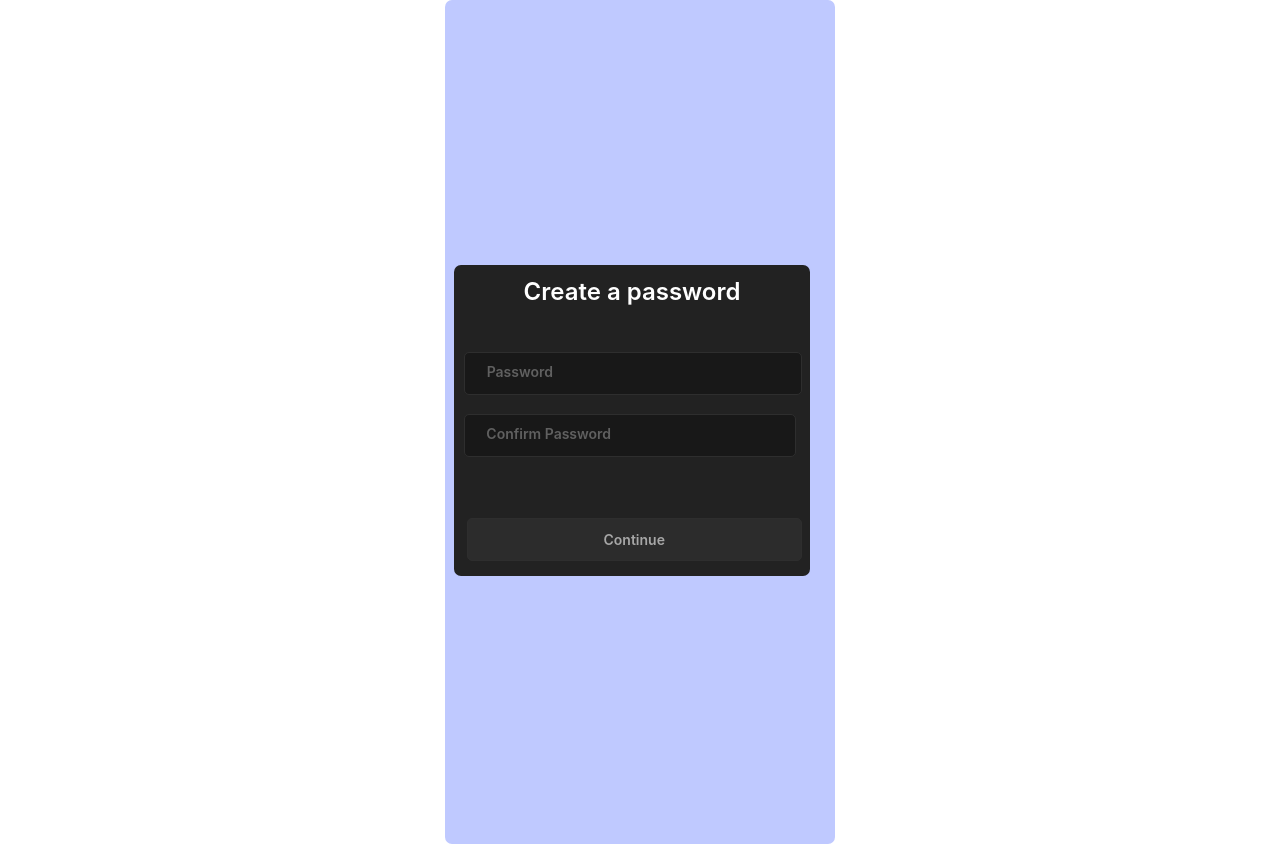
Repository: krishbains/CryptoWallet
Page: /
The author's editor kept a copy of each file at every save. The page is drawn from the files as they stood at one save, then again after a run of saves.
The browser window is 1280 px wide. The pictures show the whole page.
The project was rebuilt for these pictures with package versions that can differ from the ones it lists, and the page was loaded fresh each time. Also part of the build but not shown: src/components/basepage/basepage.jsx, src/components/startingpage/startingpage.jsx.

Above is the page before, as saved 2024-03-28 15:58:12.

### src/App.js
import './App.css';
import BasePage from './components/basepage/basepage';
import StartingPage from './components/startingpage/startingpage';
import CreateWallet from './components/createwallet/createwallet';

function App() {
  return (
    <div className="App">
      {/* <BasePage/> */}
      {/* <StartingPage/> */}
      <CreateWallet />
    </div>
  );
}

export default App;

### src/components/createwallet/createwallet.jsx
import React from 'react';
import './create_wallet.css';

export default function CreateWallet() {
  return (
    <div className='main-container'>
      <div className='main-frame-background'>
        <div className='main-frame'>
          <span className='create-password'>Create a password</span>
          <div className='password-input'>
            <span className='password-input-1'>Password</span>
          </div>
          <div className='confirm-password-input'>
            <span className='confirm-password'>Confirm Password</span>
          </div>
          <div className='continue-button'>
            <span className='continue'>Continue</span>
          </div>
        </div>
      </div>
    </div>
  );
}

### src/components/basepage/base_page.css
:root {
  --default-font-family: -apple-system, BlinkMacSystemFont, "Segoe UI", Roboto,
    Ubuntu, "Helvetica Neue", Helvetica, Arial, "PingFang SC",
    "Hiragino Sans GB", "Microsoft Yahei UI", "Microsoft Yahei",
    "Source Han Sans CN", sans-serif;
}

.main-container {
  overflow: hidden;
}

.main-container,
.main-container * {
  box-sizing: border-box;
}

input,
select,
textarea,
button {
  outline: 0;
}

.main-container {
  position: relative;
  width: 390px;
  height: 844px;
  margin: 0 auto;

}
.main-frame-background {
  position: relative;
  width: 390px;
  height: 844px;
  margin: 0 0 0 0;
  background: #262626;
  z-index: 1;
  overflow: visible auto;
  border-radius: 7px;
}
.account-bar {
  position: relative;
  width: 375px;
  height: 58px;
  margin: 0 0 0 0;
  background: #222222;
  z-index: 3;
  border-radius: 7px 7px 0 0;
}
.account {
  display: flex;
  align-items: flex-start;
  justify-content: flex-start;
  position: absolute;
  height: 47.455px;
  top: 5.273px;
  left: 128.397px;
  color: #ffffff;
  font-family: Kantumruy, var(--default-font-family);
  font-size: 20px;
  font-weight: 400;
  line-height: 36.133px;
  text-align: left;
  white-space: nowrap;
  z-index: 4;
}
.vector {
  position: absolute;
  width: 7.07%;
  height: 40.91%;
  top: 29.55%;
  left: 4.62%;
  background: url(../assets/images/45246d70-5334-4404-8daa-30d76e51f1e5.png)
    no-repeat center;
  background-size: 100% 100%;
  z-index: 6;
}
.rectangle {
  position: relative;
  width: 333.22px;
  height: 131.818px;
  margin: 26.364px 0 0 20.38px;
  background: #74dd98;
  border: 2px solid #2e2e2e;
  z-index: 60;
  border-radius: 16px;
  box-shadow: 0 4px 4px 0 rgba(0, 0, 0, 0.25);
}
.flex-column-be {
  position: absolute;
  width: 40.67%;
  height: 76%;
  top: 10.48%;
  left: 5.52%;
  font-size: 0px;
  z-index: 65;
}
.current-balance {
  display: block;
  position: relative;
  height: 31.636px;
  margin: 0 0 0 0;
  color: #272727;
  font-family: Poppins, var(--default-font-family);
  font-size: 16px;
  font-weight: 600;
  line-height: 24px;
  text-align: left;
  white-space: nowrap;
  z-index: 65;
}
.currency {
  display: block;
  position: relative;
  height: 47.455px;
  margin: 21.091px 0 0 0;
  color: #1d1d1d;
  font-family: Poppins, var(--default-font-family);
  font-size: 24px;
  font-weight: 700;
  line-height: 36px;
  text-align: left;
  white-space: nowrap;
  z-index: 64;
}
.percentage {
  display: flex;
  align-items: center;
  justify-content: flex-start;
  position: absolute;
  height: 23.727px;
  top: 77.091px;
  right: 92.769px;
  color: #2e2e2e;
  font-family: Inter, var(--default-font-family);
  font-size: 14.819188117980957px;
  font-weight: 700;
  line-height: 17.935px;
  text-align: left;
  white-space: nowrap;
  z-index: 62;
}
.arrow-up {
  position: absolute;
  width: 3.68%;
  height: 12.04%;
  top: 60.34%;
  left: 52%;
  background: url(../assets/images/10aa10bc-5b7c-4b32-8284-2e646e5b7f8e.png)
    no-repeat center;
  background-size: 100% 100%;
  z-index: 63;
  overflow: hidden;
  border-radius: 16px;
}
.flex-row-afb {
  display: flex;
  align-items: center;
  justify-content: space-between;
  position: relative;
  width: 324.736px;
  height: 50.091px;
  margin: 39.545px 0 0 22.418px;
  z-index: 57;
}
.transfer-button {
  flex-shrink: 0;
  position: relative;
  width: 102.589px;
  height: 50.091px;
  background: #74dd98;
  border: 2px solid #393939;
  z-index: 57;
  border-radius: 20px;
  box-sizing: content-box;
}
.transfer {
  display: flex;
  align-items: flex-start;
  justify-content: flex-start;
  position: absolute;
  height: 25.045px;
  top: 11.864px;
  left: 21.702px;
  color: #222222;
  font-family: Inter, var(--default-font-family);
  font-size: 14px;
  font-weight: 600;
  line-height: 16.943px;
  text-align: left;
  white-space: nowrap;
  z-index: 58;
}
.deposit-button {
  flex-shrink: 0;
  position: relative;
  width: 102.589px;
  height: 50.091px;
  background: #74dd98;
  border: 2px solid #393939;
  z-index: 54;
  border-radius: 20px;
  box-sizing: content-box;
  box-shadow: 0 4px 4px 0 rgba(0, 0, 0, 0.25) inset;
}
.deposit {
  display: flex;
  align-items: flex-start;
  justify-content: flex-start;
  position: absolute;
  height: 25.045px;
  top: 11.864px;
  left: 23.674px;
  color: #28272a;
  font-family: Inter, var(--default-font-family);
  font-size: 14px;
  font-weight: 600;
  line-height: 16.943px;
  text-align: left;
  white-space: nowrap;
  z-index: 55;
  text-shadow: 0 4px 4px rgba(0, 0, 0, 0.25);
}
.receive-button {
  flex-shrink: 0;
  position: relative;
  width: 102.589px;
  height: 50.091px;
  background: #74dd98;
  border: 2px solid #393939;
  z-index: 51;
  border-radius: 20px;
  box-sizing: content-box;
}
.withdraw {
  display: flex;
  align-items: flex-start;
  justify-content: flex-start;
  position: absolute;
  height: 25.045px;
  top: 11.864px;
  left: 16.77px;
  color: #28272a;
  font-family: Inter, var(--default-font-family);
  font-size: 14px;
  font-weight: 600;
  line-height: 16.943px;
  text-align: left;
  white-space: nowrap;
  z-index: 52;
}
.holdings-background {
  position: relative;
  width: 353.601px;
  height: 395.455px;
  margin: 39.545px 0 0 10.19px;
  background: url(../assets/images/080edce0-6464-4538-901a-cff2fcb1b786.png)
    no-repeat center;
  background-size: cover;
  z-index: 46;
  overflow: visible auto;
}
.flex-row {
  display: flex;
  align-items: center;
  justify-content: space-between;
  position: relative;
  width: 327.106px;
  height: 26.364px;
  margin: 14.5px 0 0 9.171px;
  z-index: 48;
}
.holdings {
  flex-shrink: 0;
  position: relative;
  height: 26.364px;
  color: #ffffff;
  font-family: Poppins, var(--default-font-family);
  font-size: 15px;
  font-weight: 700;
  line-height: 20px;
  text-align: left;
  white-space: nowrap;
  z-index: 48;
}
.see-all {
  flex-shrink: 0;
  position: relative;
  height: 21.091px;
  color: #ffffff;
  font-family: Poppins, var(--default-font-family);
  font-size: 14px;
  font-weight: 500;
  line-height: 16px;
  text-align: left;
  text-decoration: underline;
  white-space: nowrap;
  z-index: 47;
}
.flex-row-fa {
  position: relative;
  width: 338.315px;
  height: 59.318px;
  margin: 11.864px 0 0 12.228px;
  z-index: 45;
}
.eth-icon {
  position: absolute;
  width: 14.46%;
  height: 100%;
  top: 0;
  left: 0;
  background: url(../assets/images/b7ec6f21-89a5-45ad-a6ac-5ef64cc5c58f.png)
    no-repeat center;
  background-size: 100% 100%;
  z-index: 44;
}
.pound-amount {
  display: flex;
  align-items: center;
  justify-content: flex-start;
  position: absolute;
  height: 31.636px;
  top: 1.318px;
  right: 0;
  color: #ffffff;
  font-family: Poppins, var(--default-font-family);
  font-size: 16px;
  font-weight: 700;
  line-height: 24px;
  text-align: left;
  white-space: nowrap;
  z-index: 41;
}
.ethereum {
  display: flex;
  align-items: flex-start;
  justify-content: flex-start;
  position: absolute;
  height: 53.33%;
  top: 6.67%;
  left: 18.31%;
  color: #ffffff;
  font-family: Poppins, var(--default-font-family);
  font-size: 16px;
  font-weight: 700;
  line-height: 24px;
  text-align: left;
  white-space: nowrap;
  z-index: 43;
}
.graph-eth {
  position: absolute;
  width: 68.054px;
  height: 34.744px;
  top: 10.34px;
  left: 167.178px;
  background: url(../assets/images/f28026c0-2074-47fa-8fcf-f2ae30d66aa1.png)
    no-repeat center;
  background-size: cover;
  z-index: 45;
}
.eth {
  display: flex;
  align-items: flex-start;
  justify-content: flex-start;
  position: absolute;
  height: 46.67%;
  top: 53.33%;
  left: 18.31%;
  color: #6c757d;
  font-family: Poppins, var(--default-font-family);
  font-size: 14px;
  font-weight: 400;
  line-height: 21px;
  text-align: left;
  white-space: nowrap;
  z-index: 42;
}
.eth-amount {
  display: flex;
  align-items: center;
  justify-content: flex-start;
  position: absolute;
  height: 19.773px;
  top: 35.591px;
  right: 5.095px;
  color: #6c757d;
  font-family: Poppins, var(--default-font-family);
  font-size: 10px;
  font-weight: 700;
  line-height: 15px;
  text-align: left;
  white-space: nowrap;
  z-index: 40;
}
.flex-row-eed {
  position: relative;
  width: 334.239px;
  height: 59.318px;
  margin: 31.636px 0 0 13.247px;
  z-index: 35;
}
.rectangle-1 {
  position: absolute;
  width: 48.913px;
  height: 59.318px;
  top: 0;
  left: 0;
  background: #212125;
  z-index: 34;
  border-radius: 6px;
}
.bitcoin-logo {
  position: relative;
  width: 22.418px;
  height: 29px;
  margin: 15.818px 0 0 13.247px;
  z-index: 36;
  overflow: hidden;
}
.group {
  position: relative;
  width: 16.199px;
  height: 29px;
  margin: 0 0 0 3.109px;
  z-index: 37;
}
.vector-2 {
  position: absolute;
  width: 100%;
  height: 100%;
  top: 0;
  left: 0;
  background: url(../assets/images/91116894-a53a-42bc-a648-6d4736a95ef9.png)
    no-repeat center;
  background-size: 100% 100%;
  z-index: 38;
}
.pound-amount-3 {
  display: flex;
  align-items: center;
  justify-content: flex-start;
  position: absolute;
  height: 31.636px;
  top: 1.318px;
  right: 0;
  color: #ffffff;
  font-family: Poppins, var(--default-font-family);
  font-size: 16px;
  font-weight: 700;
  line-height: 24px;
  text-align: left;
  white-space: nowrap;
  z-index: 29;
}
.bitcoin {
  display: flex;
  align-items: flex-start;
  justify-content: flex-start;
  position: absolute;
  height: 53.33%;
  top: 6.67%;
  left: 18.85%;
  color: #ffffff;
  font-family: Poppins, var(--default-font-family);
  font-size: 16px;
  font-weight: 700;
  line-height: 24px;
  text-align: left;
  white-space: nowrap;
  z-index: 32;
}
.graph-btc {
  position: absolute;
  width: 69.773px;
  height: 25.811px;
  top: 16.871px;
  left: 166.11px;
  background: url(../assets/images/b357d26c-909c-44e7-9281-c4edeaf9df15.png)
    no-repeat center;
  background-size: cover;
  z-index: 35;
}
.btc {
  display: flex;
  align-items: flex-start;
  justify-content: flex-start;
  position: absolute;
  height: 46.67%;
  top: 53.33%;
  left: 18.85%;
  color: #6c757d;
  font-family: Poppins, var(--default-font-family);
  font-size: 14px;
  font-weight: 400;
  line-height: 21px;
  text-align: left;
  white-space: nowrap;
  z-index: 31;
}
.btc-amount {
  display: flex;
  align-items: center;
  justify-content: flex-start;
  position: absolute;
  height: 19.773px;
  top: 35.591px;
  right: 1.235px;
  color: #6c757d;
  font-family: Poppins, var(--default-font-family);
  font-size: 10px;
  font-weight: 700;
  line-height: 15px;
  text-align: left;
  white-space: nowrap;
  z-index: 30;
}
.flex-row-d {
  position: relative;
  width: 333.22px;
  height: 59.318px;
  margin: 31.636px 0 0 14.266px;
  z-index: 26;
}
.rectangle-4 {
  position: absolute;
  width: 48.913px;
  height: 59.318px;
  top: 0;
  left: 0;
  background: #212125;
  z-index: 26;
  border-radius: 6px;
}
.vector-5 {
  position: relative;
  width: 20.38px;
  height: 26.364px;
  margin: 15.818px 0 0 14.266px;
  background: url(../assets/images/54097542-4e6a-4b7e-aa89-15c2462a3a01.png)
    no-repeat center;
  background-size: 100% 100%;
  z-index: 27;
}
.pound {
  display: flex;
  align-items: center;
  justify-content: flex-start;
  position: absolute;
  height: 31.636px;
  top: 1.318px;
  right: 0;
  color: #ffffff;
  font-family: Poppins, var(--default-font-family);
  font-size: 16px;
  font-weight: 700;
  line-height: 24px;
  text-align: left;
  white-space: nowrap;
  z-index: 21;
}
.bitcoin-litecoin {
  display: flex;
  align-items: flex-start;
  justify-content: flex-start;
  position: absolute;
  height: 53.33%;
  top: 6.67%;
  left: 18.9%;
  color: #ffffff;
  font-family: Poppins, var(--default-font-family);
  font-size: 16px;
  font-weight: 700;
  line-height: 24px;
  text-align: left;
  white-space: nowrap;
  z-index: 24;
}
.graph-eth-6 {
  position: absolute;
  width: 68.054px;
  height: 34.744px;
  top: 12.411px;
  left: 166.619px;
  background: url(../assets/images/5a5ba27f-919b-4bf2-a698-b63f6a62aeda.png)
    no-repeat center;
  background-size: cover;
  z-index: 20;
}
.ltc {
  display: flex;
  align-items: flex-start;
  justify-content: flex-start;
  position: absolute;
  height: 46.67%;
  top: 53.33%;
  left: 18.9%;
  color: #6c757d;
  font-family: Poppins, var(--default-font-family);
  font-size: 14px;
  font-weight: 400;
  line-height: 21px;
  text-align: left;
  white-space: nowrap;
  z-index: 23;
}
.ltc-amount {
  display: flex;
  align-items: center;
  justify-content: flex-start;
  position: absolute;
  height: 19.773px;
  top: 35.591px;
  right: 0px;
  color: #6c757d;
  font-family: Poppins, var(--default-font-family);
  font-size: 10px;
  font-weight: 700;
  line-height: 15px;
  text-align: left;
  white-space: nowrap;
  z-index: 22;
}
.flex-row-cdef {
  position: relative;
  width: 333.22px;
  height: 59.318px;
  margin: 31.636px 0 0 9.171px;
  z-index: 16;
}
.rectangle-7 {
  position: absolute;
  width: 48.913px;
  height: 59.318px;
  top: 0;
  left: 0;
  background: #212125;
  z-index: 16;
  border-radius: 6px;
}
.xrp-alt {
  position: relative;
  width: 22.418px;
  height: 29px;
  margin: 15.818px 0 0 13.247px;
  z-index: 17;
  overflow: hidden;
}
.xrp {
  position: relative;
  width: 21.219px;
  height: 28.881px;
  margin: 0.12px 0 0 0.59px;
  background: url(../assets/images/051f1be4-0ac0-4825-8185-528ab2f2c210.png)
    no-repeat center;
  background-size: 100% 100%;
  z-index: 18;
}
.pound-8 {
  display: flex;
  align-items: center;
  justify-content: flex-start;
  position: absolute;
  height: 31.636px;
  top: 1.318px;
  right: 0px;
  color: #ffffff;
  font-family: Poppins, var(--default-font-family);
  font-size: 16px;
  font-weight: 700;
  line-height: 24px;
  text-align: left;
  white-space: nowrap;
  z-index: 11;
}
.ripple {
  display: flex;
  align-items: flex-start;
  justify-content: flex-start;
  position: absolute;
  height: 53.33%;
  top: 6.67%;
  left: 18.9%;
  color: #ffffff;
  font-family: Poppins, var(--default-font-family);
  font-size: 16px;
  font-weight: 700;
  line-height: 24px;
  text-align: left;
  white-space: nowrap;
  z-index: 14;
}
.graph-eth-9 {
  position: absolute;
  width: 68.054px;
  height: 34.744px;
  top: 12.411px;
  left: 166.619px;
  background: url(../assets/images/47c54188-5354-4b07-969a-d62b24e173eb.png)
    no-repeat center;
  background-size: cover;
  z-index: 10;
}
.btc-a {
  display: flex;
  align-items: flex-start;
  justify-content: flex-start;
  position: absolute;
  height: 46.67%;
  top: 53.33%;
  left: 18.9%;
  color: #6c757d;
  font-family: Poppins, var(--default-font-family);
  font-size: 14px;
  font-weight: 400;
  line-height: 21px;
  text-align: left;
  white-space: nowrap;
  z-index: 13;
}
.ltc-b {
  display: flex;
  align-items: center;
  justify-content: flex-start;
  position: absolute;
  height: 19.773px;
  top: 35.591px;
  right: 0;
  color: #6c757d;
  font-family: Poppins, var(--default-font-family);
  font-size: 10px;
  font-weight: 700;
  line-height: 15px;
  text-align: left;
  white-space: nowrap;
  z-index: 12;
}

### src/components/startingpage/starting_page.css
:root {
    --default-font-family: -apple-system, BlinkMacSystemFont, "Segoe UI", Roboto,
      Ubuntu, "Helvetica Neue", Helvetica, Arial, "PingFang SC",
      "Hiragino Sans GB", "Microsoft Yahei UI", "Microsoft Yahei",
      "Source Han Sans CN", sans-serif;
  }

  .main-container {
    overflow: hidden;
  }

  .main-container,
  .main-container * {
    box-sizing: border-box;
  }

  input,
  select,
  textarea,
  button {
    outline: 0;
  }

  .main-container {
    position: relative;
    width: 390px;
    height: 844px;
    margin: 0 auto;

  }
  .main-frame-background1 {
    position: absolute;
    width: 390px;
    height: 844px;
    top: 0;
    left: 0;
    background: #bfc9ff;
    z-index: 1;
    border-radius: 7px;
  }
  .main-frame {
    position: relative;
    width: 333px;
    height: 385px;
    margin: 226px 0 0 28px;
    font-size: 0px;
    background: #222222;
    z-index: 2;
    overflow: visible auto;
    border-radius: 7px;
  }
  .welcome-to {
    display: flex;
    align-items: flex-start;
    justify-content: center;
    position: relative;
    width: 103.837px;
    height: 22.803px;
    margin: 17.308px 0 0 24.374px;
    color: #999999;
    font-family: Actor, var(--default-font-family);
    font-size: 20px;
    font-weight: 400;
    line-height: 22.803px;
    text-align: center;
    white-space: nowrap;
    z-index: 11;
  }
  .crypto-wallet {
    display: block;
    position: relative;
    height: 61.757px;
    margin: 18.052px 0 0 46.553px;
    color: #ffffff;
    font-family: Kantumruy, var(--default-font-family);
    font-size: 34px;
    font-weight: 700;
    line-height: 61.426px;
    text-align: left;
    white-space: nowrap;
    z-index: 9;
  }
  .new-wallet {
    display: flex;
    align-items: flex-start;
    justify-content: center;
    position: relative;
    width: 298.406px;
    height: 43.705px;
    margin: 21.853px 0 0 21.35px;
    color: #999999;
    font-family: Actor, var(--default-font-family);
    font-size: 17px;
    font-weight: 400;
    line-height: 20.451px;
    text-align: center;
    z-index: 10;
  }
  .new-wallet-box {
    position: relative;
    width: 281px;
    height: 39px;
    margin: 79.522px 0 0 26px;
    background: #74dd98;
    z-index: 4;
    border-radius: 5px;
  }
  .create-wallet {
    display: flex;
    align-items: flex-start;
    justify-content: flex-start;
    position: absolute;
    height: 18.052px;
    top: 10.739px;
    left: 76px;
    color: #222222;
    font-family: Inter, var(--default-font-family);
    font-size: 14px;
    font-weight: 600;
    line-height: 16.943px;
    text-align: left;
    white-space: nowrap;
    z-index: 5;
  }
  .existing-wallet-box {
    position: relative;
    width: 281px;
    height: 39px;
    margin: 8px 0 0 26px;
    background: #333333;
    z-index: 7;
    border-radius: 5px;
  }
  .have-wallet {
    display: flex;
    align-items: flex-start;
    justify-content: flex-start;
    position: absolute;
    height: 18.052px;
    top: 10.295px;
    left: 65.919px;
    color: #ffffff;
    font-family: Inter, var(--default-font-family);
    font-size: 14px;
    font-weight: 600;
    line-height: 16.943px;
    text-align: left;
    white-space: nowrap;
    z-index: 8;
  }

### src/components/createwallet/create_wallet.css
:root {
    --default-font-family: -apple-system, BlinkMacSystemFont, "Segoe UI", Roboto,
      Ubuntu, "Helvetica Neue", Helvetica, Arial, "PingFang SC",
      "Hiragino Sans GB", "Microsoft Yahei UI", "Microsoft Yahei",
      "Source Han Sans CN", sans-serif;
  }

  .main-container {
    overflow: hidden;
  }

  .main-container,
  .main-container * {
    box-sizing: border-box;
  }

  input,
  select,
  textarea,
  button {
    outline: 0;
  }

  .main-container {
    position: relative;
    width: 390px;
    height: 844px;
    margin: 0 auto;
  }
  .main-frame-background {
    position: absolute;
    width: 390px;
    height: 844px;
    top: 0;
    left: 0;
    background: #bfc9ff;
    z-index: 1;
    border-radius: 7px;
  }
  .main-frame {
    position: relative;
    width: 356px;
    height: 311px;
    margin: 265px 0 0 9px;
    font-size: 0px;
    background: #222222;
    z-index: 3;
    overflow: visible auto;
    border-radius: 7px;
  }
  .create-password {
    display: flex;
    align-items: flex-start;
    justify-content: center;
    position: relative;
    width: 221.545px;
    height: 29px;
    margin: 12px 0 0 67.236px;
    color: #ffffff;
    font-family: Inter, var(--default-font-family);
    font-size: 24px;
    font-weight: 600;
    line-height: 29px;
    text-align: center;
    white-space: nowrap;
    z-index: 4;
  }
  .password-input {
    position: relative;
    width: 335.366px;
    height: 41px;
    margin: 46px 0 0 10.325px;
    background: #181818;
    border: 1px solid #2e2e2e;
    z-index: 9;
    border-radius: 5px;
    box-sizing: content-box;
  }
  .password-input-1 {
    display: flex;
    align-items: flex-start;
    justify-content: flex-start;
    position: absolute;
    height: 19px;
    top: 11px;
    left: 21.341px;
    color: #606060;
    font-family: Inter, var(--default-font-family);
    font-size: 14px;
    font-weight: 600;
    line-height: 16.943px;
    text-align: left;
    white-space: nowrap;
    z-index: 10;
  }
  .confirm-password-input {
    position: relative;
    width: 330px;
    height: 41px;
    margin: 19px 0 0 10.325px;
    background: #181818;
    border: 1px solid #2e2e2e;
    z-index: 13;
    border-radius: 5px;
    box-sizing: content-box;
  }
  .confirm-password {
    display: flex;
    align-items: flex-start;
    justify-content: flex-start;
    position: absolute;
    height: 19px;
    top: 11px;
    left: 21px;
    color: #606060;
    font-family: Inter, var(--default-font-family);
    font-size: 14px;
    font-weight: 600;
    line-height: 16.943px;
    text-align: left;
    white-space: nowrap;
    z-index: 14;
  }
  .continue-button {
    position: relative;
    width: 332.317px;
    height: 41px;
    margin: 61px 0 0 13.374px;
    background: #2c2c2c;
    border: 1px solid #2e2e2e;
    z-index: 6;
    border-radius: 5px;
    box-sizing: content-box;
  }
  .continue {
    display: flex;
    align-items: flex-start;
    justify-content: flex-start;
    position: absolute;
    height: 14.426px;
    top: 14px;
    left: 135.163px;
    color: #a7a7a7;
    font-family: Inter, var(--default-font-family);
    font-size: 14px;
    font-weight: 600;
    line-height: 14.426px;
    text-align: left;
    white-space: nowrap;
    z-index: 7;
  }

Loaded but not shown: public/index.html (common file); src/index.js (common file); src/index.css (common file); src/reportWebVitals.js (common file); src/App.css (common file)

After the next 3 saves:
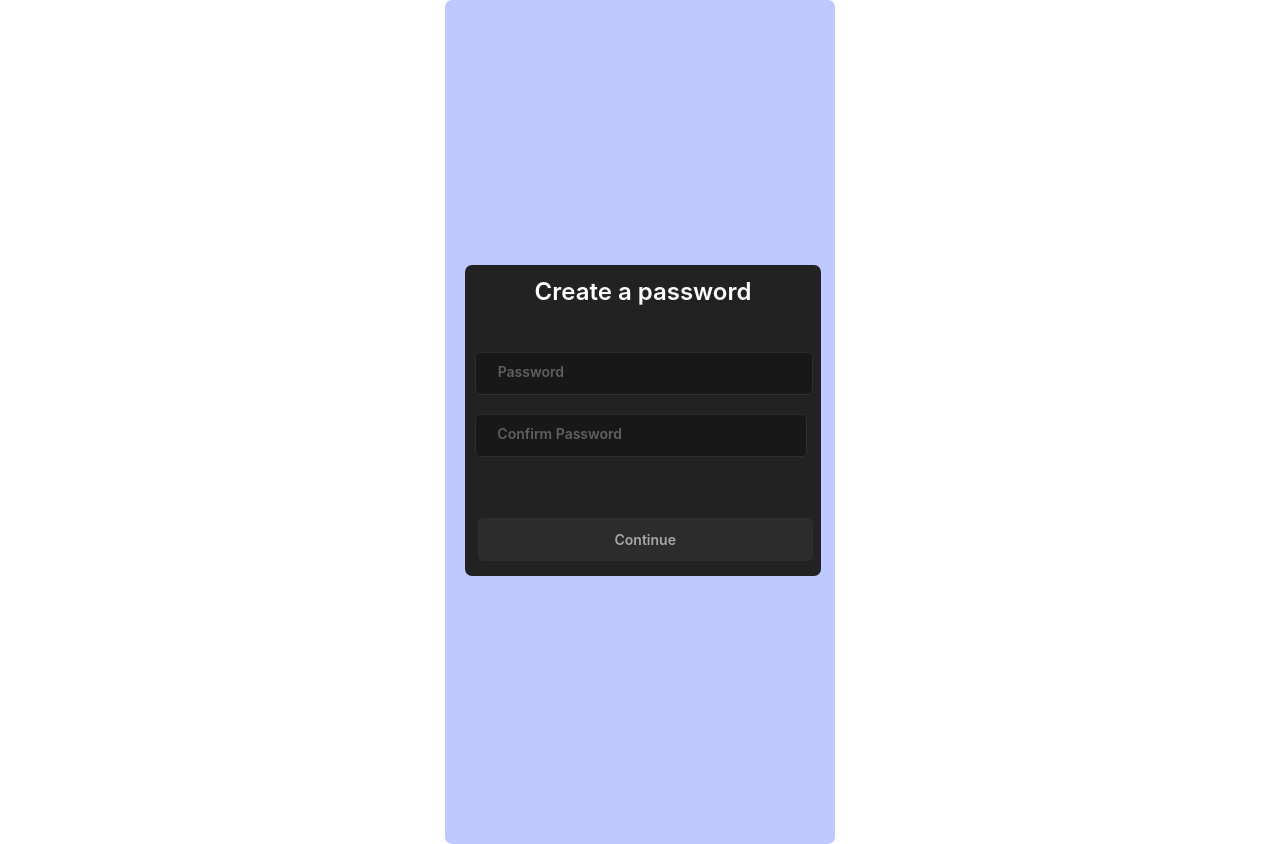
The 3 saves are shown as one change because they came seconds apart.
The last was saved 24 s later.
--- a/src/components/createwallet/create_wallet.css
+++ b/src/components/createwallet/create_wallet.css
@@ -41,7 +41,7 @@
     position: relative;
     width: 356px;
     height: 311px;
-    margin: 265px 0 0 9px;
+    margin: 265px 0 0 20px;
     font-size: 0px;
     background: #222222;
     z-index: 3;
